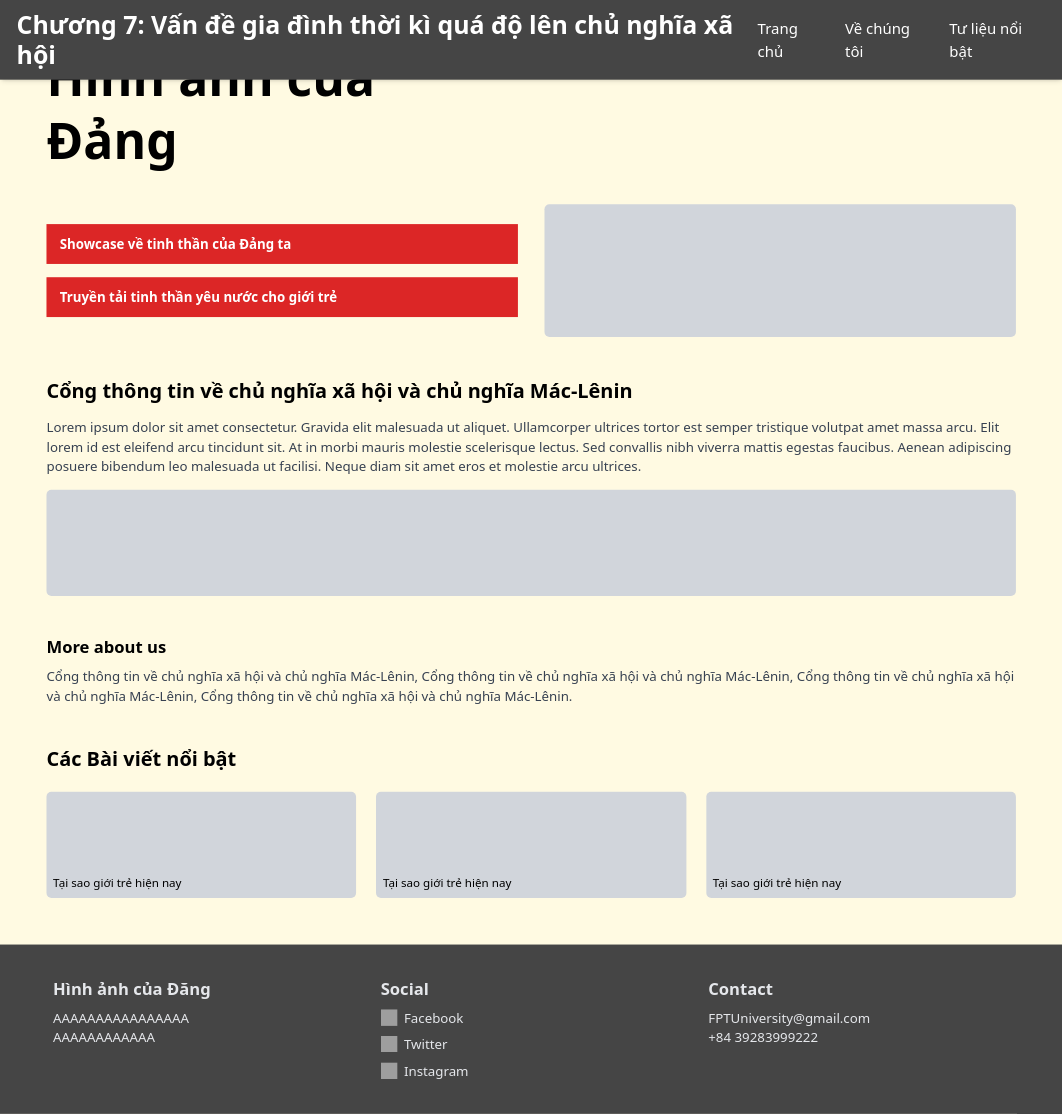
Repository: ultrakhaicraft/PRN232-Website-Showcase
Page: / (app in PRN232/)
The author's editor kept a copy of each file at every save. The page is drawn from the files as they stood at one save, then again after the next save.
The browser window is 1280 px wide. The pictures show the whole page, at 83% of full size.
Pictures or frames that could not be fetched are drawn as grey boxes. The project was rebuilt for these pictures with package versions that can differ from the ones it lists, and the page was loaded fresh each time. Also part of the build but not shown: PRN232/vite.config.js, PRN232/src/pages/About.jsx, PRN232/src/pages/News.jsx.

Above is the page before, as saved 2025-09-17 19:08:32.

### PRN232/index.html
<!doctype html>
<html lang="en">
  <head>
    <meta charset="UTF-8" />
    <link rel="icon" type="image/svg+xml" href="/vite.svg" />
    <meta name="viewport" content="width=device-width, initial-scale=1.0" />
    <title>Thuyết trình MLN131</title>
  </head>
  <body>
    <div id="root"></div>
    <script type="module" src="/src/main.jsx"></script>
  </body>
</html>

### PRN232/src/main.jsx
import React from 'react'
import ReactDOM from 'react-dom/client'
import App from './App.jsx'
import './index.css'   // phải có dòng này

ReactDOM.createRoot(document.getElementById('root')).render(
  <React.StrictMode>
    <App />
  </React.StrictMode>,
)

### PRN232/src/App.jsx
import React from "react";
import { BrowserRouter as Router, Routes, Route } from "react-router-dom";

import Homepage from "./pages/HomePage";
import About from "./pages/About";
import News from "./pages/News";
import Navbar from "./components/Narbar";
import Footer from "./components/Footer";

function App() {
  return (
    <Router>
      <div className="flex flex-col min-h-screen">
        {/* Navbar */}
        <Navbar />

        {/* Nội dung page */}
        <main className="flex-grow p-6">
          <Routes>
            <Route path="/" element={<Homepage />} />
            <Route path="/about" element={<About />} />
            <Route path="/news" element={<News />} />
          </Routes>
        </main>

        {/* Footer (optional) */}
        <Footer/>
      </div>
    </Router>
  );
}

export default App;

### PRN232/src/index.css
@tailwind base;
@tailwind components;
@tailwind utilities;

body {
  @apply bg-[#FFFAE2];
}

### PRN232/src/pages/HomePage.jsx
import React from "react";

function Homepage() {
  return (
    <div className="bg-[#FFFAE2] min-h-screen p-8">
      {/* Tiêu đề */}
      <h1 className="mb-10 text-6xl font-extrabold leading-tight">
        Hình ảnh của <br /> Đảng
      </h1>

      {/* Showcase */}
      <div className="grid items-center gap-8 mb-12 md:grid-cols-2">
        <div>
          <div className="px-4 py-3 mb-4 font-semibold text-white bg-red-600">
            Showcase về tinh thần của Đảng ta
          </div>
          <div className="px-4 py-3 font-semibold text-white bg-red-600">
            Truyền tải tinh thần yêu nước cho giới trẻ
          </div>
        </div>
        <div className="h-40 bg-gray-300 rounded-md"></div>
      </div>

      {/* Thông tin giới thiệu */}
      <section className="mb-12">
        <h2 className="mb-4 text-2xl font-bold">
          Cổng thông tin về chủ nghĩa xã hội và chủ nghĩa Mác-Lênin
        </h2>
        <p className="mb-4 text-gray-700">
          Lorem ipsum dolor sit amet consectetur. Gravida elit malesuada ut
          aliquet. Ullamcorper ultrices tortor est semper tristique volutpat
          amet massa arcu. Elit lorem id est eleifend arcu tincidunt sit. At in
          morbi mauris molestie scelerisque lectus. Sed convallis nibh viverra
          mattis egestas faucibus. Aenean adipiscing posuere bibendum leo
          malesuada ut facilisi. Neque diam sit amet eros et molestie arcu
          ultrices.
        </p>
        <div className="h-32 bg-gray-300 rounded-md"></div>
      </section>

      {/* More about us */}
      <section className="mb-12">
        <h2 className="mb-2 text-xl font-bold">More about us</h2>
        <p className="text-gray-700">
          Cổng thông tin về chủ nghĩa xã hội và chủ nghĩa Mác-Lênin,
          Cổng thông tin về chủ nghĩa xã hội và chủ nghĩa Mác-Lênin,
          Cổng thông tin về chủ nghĩa xã hội và chủ nghĩa Mác-Lênin,
          Cổng thông tin về chủ nghĩa xã hội và chủ nghĩa Mác-Lênin.
        </p>
      </section>

      {/* Bài viết nổi bật */}
      <section>
        <h2 className="mb-6 text-2xl font-bold">Các Bài viết nổi bật</h2>
        <div className="grid gap-6 md:grid-cols-3">
          <div className="flex items-end h-32 p-2 text-sm bg-gray-300 rounded-md">
            Tại sao giới trẻ hiện nay
          </div>
          <div className="flex items-end h-32 p-2 text-sm bg-gray-300 rounded-md">
            Tại sao giới trẻ hiện nay
          </div>
          <div className="flex items-end h-32 p-2 text-sm bg-gray-300 rounded-md">
            Tại sao giới trẻ hiện nay
          </div>
        </div>
      </section>
    </div>
  );
}

export default Homepage;

### PRN232/src/components/Narbar.jsx
import React from "react";
import { Link } from "react-router-dom";

function Navbar() {
  return (
    <nav className="fixed top-0 left-0 w-full flex items-center justify-between px-5 py-3 text-white bg-[#454545] shadow-md z-50">
      {/* Logo */}
      <div className="text-3xl font-bold">
        <Link to="/">Chương 7: Vấn đề gia đình thời kì quá độ lên chủ nghĩa xã hội</Link>
      </div>

      {/* Menu */}
      <div className="flex justify-center gap-6 text-lg">
        <Link to="/" className="hover:text-blue-400">Trang chủ</Link>
        <Link to="/about" className="hover:text-blue-400">Về chúng tôi</Link>
        <Link to="/news" className="hover:text-blue-400">Tư liệu nổi bật</Link>
      </div>
    </nav>
  );
}

export default Navbar;

### PRN232/src/components/Footer.jsx
import React from "react";
import facebookLogo from "../assets/fb.png";
import twitterLogo from "../assets/x.png";
import instagramLogo from "../assets/ig.png";


function Footer() {
  return (
    <footer className="px-6 py-10 text-gray-200 bg-[#454545]">
      <div className="grid max-w-6xl grid-cols-1 gap-8 mx-auto md:grid-cols-3">

        {/* Cột 1 */}
        <div>
          <h2 className="mb-2 text-xl font-bold">Hình ảnh của Đăng</h2>
          <p>
            AAAAAAAAAAAAAAAA <br />
            AAAAAAAAAAAA
          </p>
        </div>

        {/* Cột 2 */}
        <div>
  <h2 className="mb-2 text-xl font-bold">Social</h2>
  <ul className="space-y-2">
    <li className="flex items-center gap-2">
      <img src={facebookLogo} alt="Facebook" className="w-5 h-5" />
      <a href="#" className="hover:text-blue-400">Facebook</a>
    </li>
    <li className="flex items-center gap-2">
      <img src={twitterLogo} alt="Twitter" className="w-5 h-5" />
      <a href="#" className="hover:text-blue-400">Twitter</a>
    </li>
    <li className="flex items-center gap-2">
      <img src={instagramLogo} alt="Instagram" className="w-5 h-5" />
      <a href="#" className="hover:text-blue-400">Instagram</a>
    </li>
  </ul>
</div>


        {/* Cột 3 */}
        <div>
          <h2 className="mb-2 text-xl font-bold">Contact</h2>
          <p>FPTUniversity@gmail.com</p>
          <p>+84 39283999222</p>
        </div>
      </div>
    </footer>
  );
}

export default Footer;

### PRN232/tailwind.config.js
/** @type {import('tailwindcss').Config} */
export default {
  content: [
    "./index.html",
    "./src/**/*.{js,ts,jsx,tsx}",   // rất quan trọng
  ],
  theme: {
    extend: {},
  },
  plugins: [],
};

After the next save:
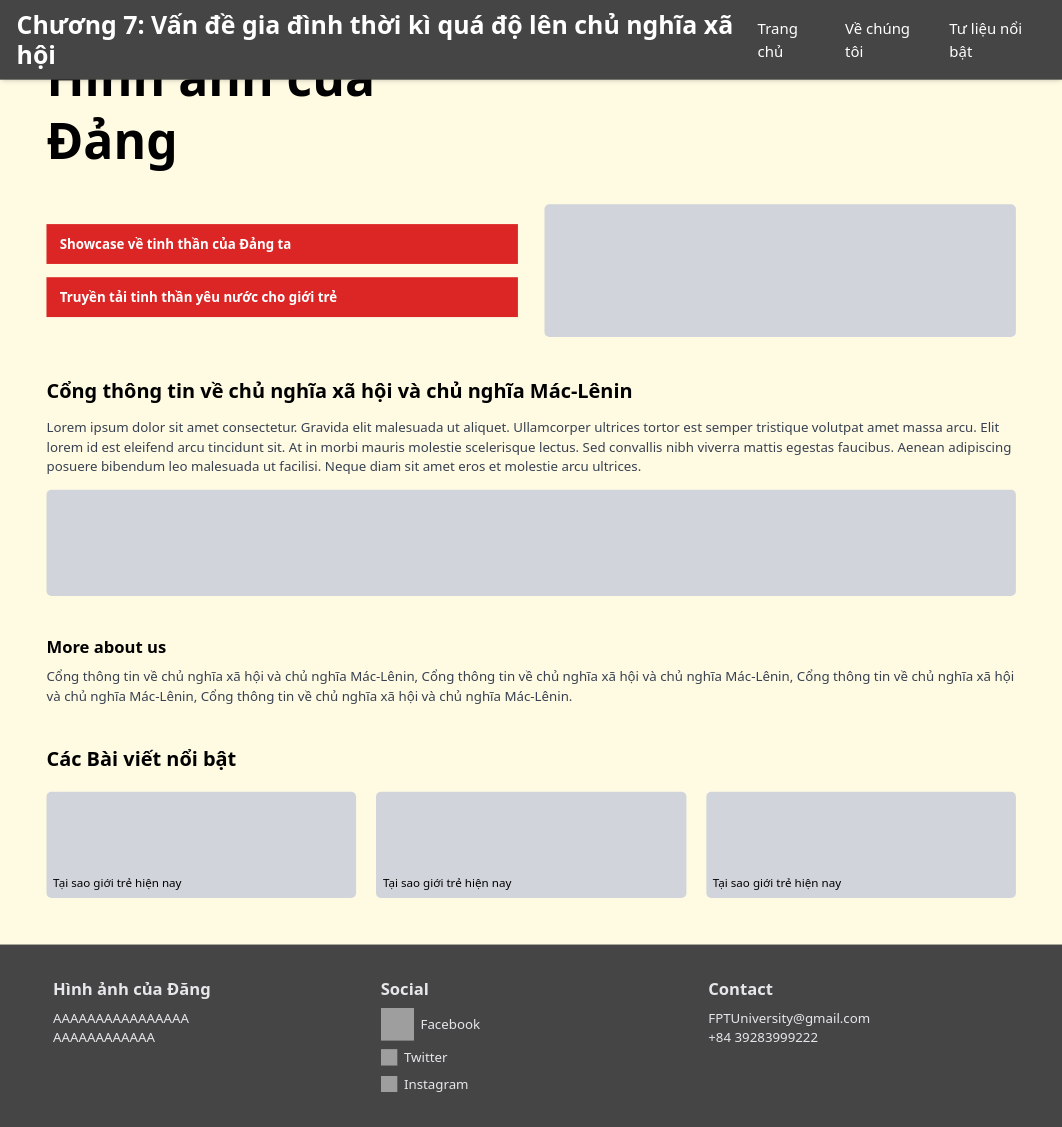
Saved 11 s later.
--- a/PRN232/src/components/Footer.jsx
+++ b/PRN232/src/components/Footer.jsx
@@ -23,7 +23,7 @@ function Footer() {
   <h2 className="mb-2 text-xl font-bold">Social</h2>
   <ul className="space-y-2">
     <li className="flex items-center gap-2">
-      <img src={facebookLogo} alt="Facebook" className="w-5 h-5" />
+      <img src={facebookLogo} alt="Facebook" className="w-10 h-10" />
       <a href="#" className="hover:text-blue-400">Facebook</a>
     </li>
     <li className="flex items-center gap-2">
